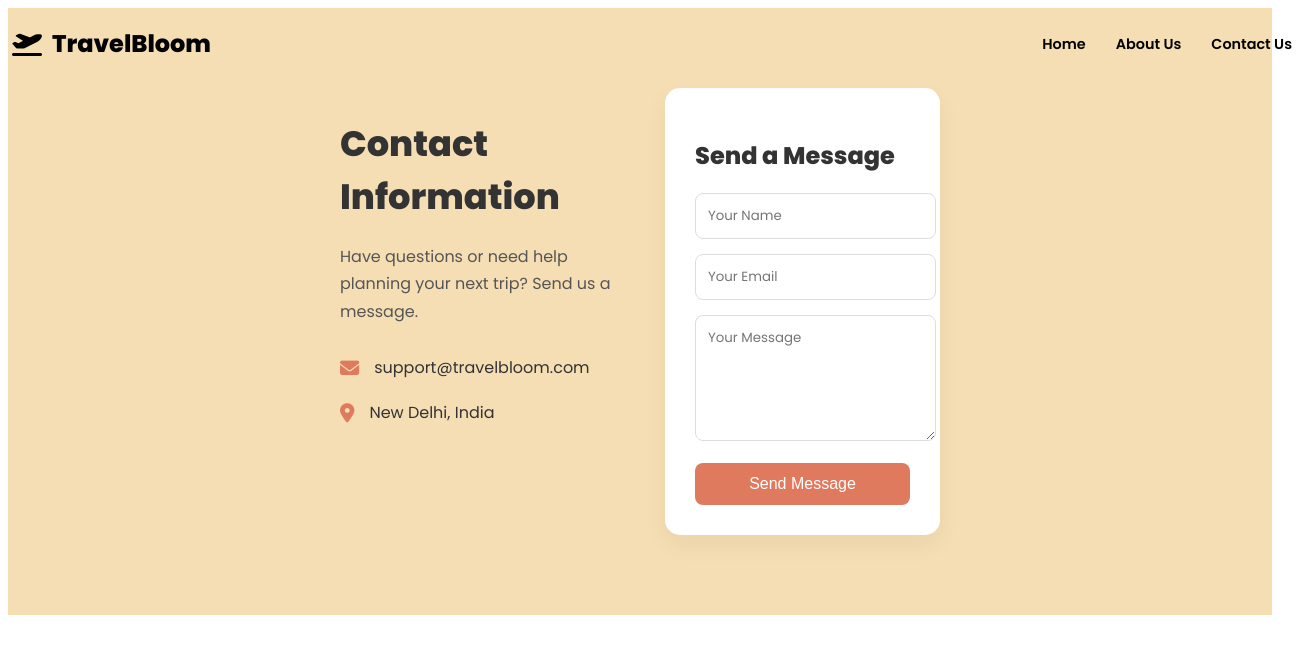
Repository: LatikaAdhikari064/TravelBloom_Project
Page: contact.html
An editor plug-in stored every save of this project. The page is shown before and after the next save, followed by the edit.
The browser window is 1280 px wide. The page is 1296 px wide, so the pictures cover 1296 px, including what lies to the right of the window. The pictures show the whole page.

Above is the page before, as saved 2026-01-08 20:54:43.

After the next save:
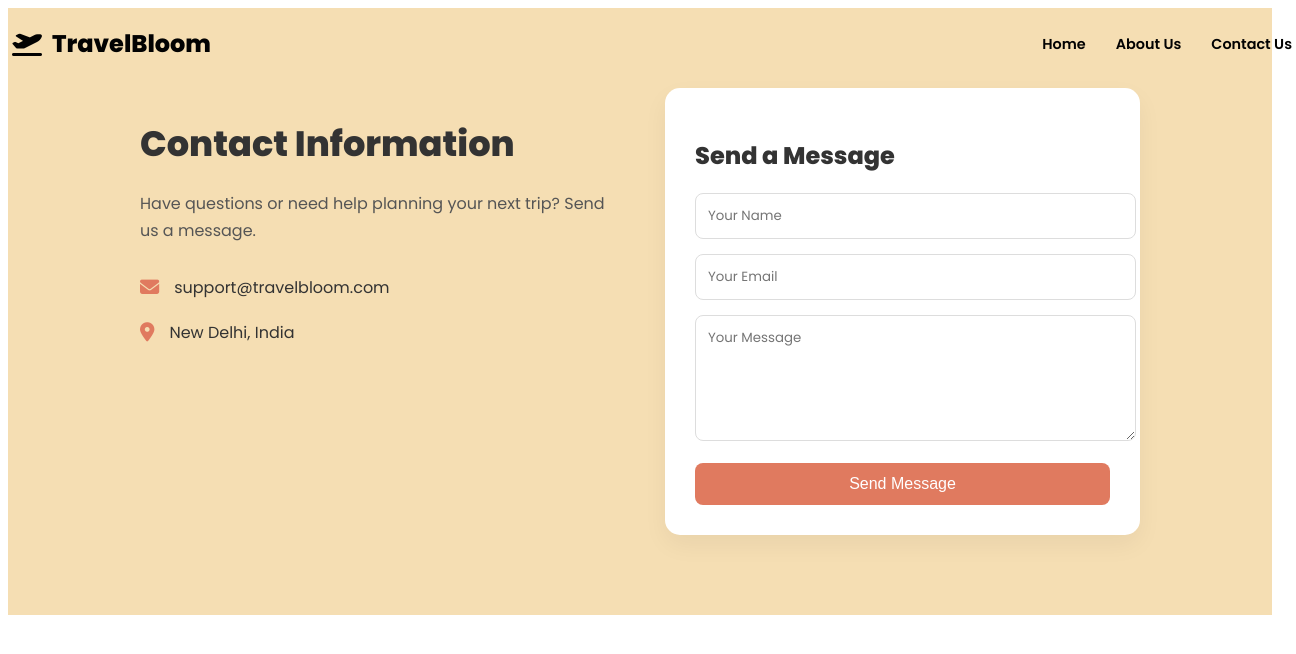
Saved 10 s later.
--- a/contact.css
+++ b/contact.css
@@ -59,7 +59,7 @@ body {
 }
 
 .contact-container {
-    max-width: 600px;
+    max-width: 1000px;
     margin: auto;
     display: grid;
     grid-template-columns: 1fr 1fr;
